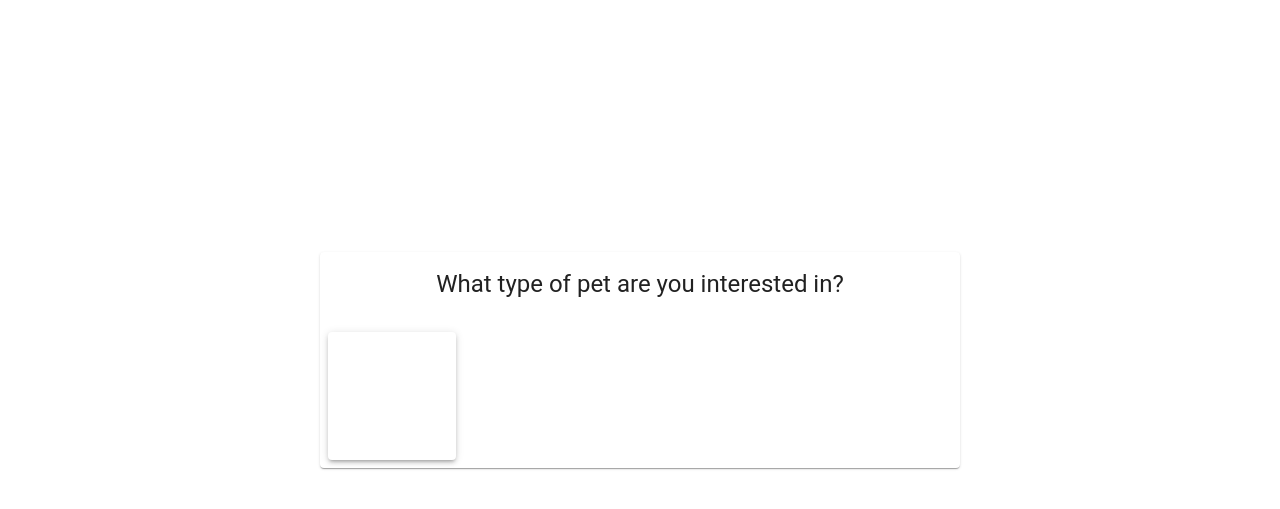
Repository: watthananick1/petstory
Page: /
The author's editor kept a copy of each file at every save. The page is drawn from the files as they stood at one save, then again after a run of saves.
The browser window is 1280 px wide. The pictures show the whole page.
The project was rebuilt for these pictures with package versions that can differ from the ones it lists, and the page was loaded fresh each time.

Above is the page before, as saved 2023-03-25 14:22:09.

After the next 2 saves:
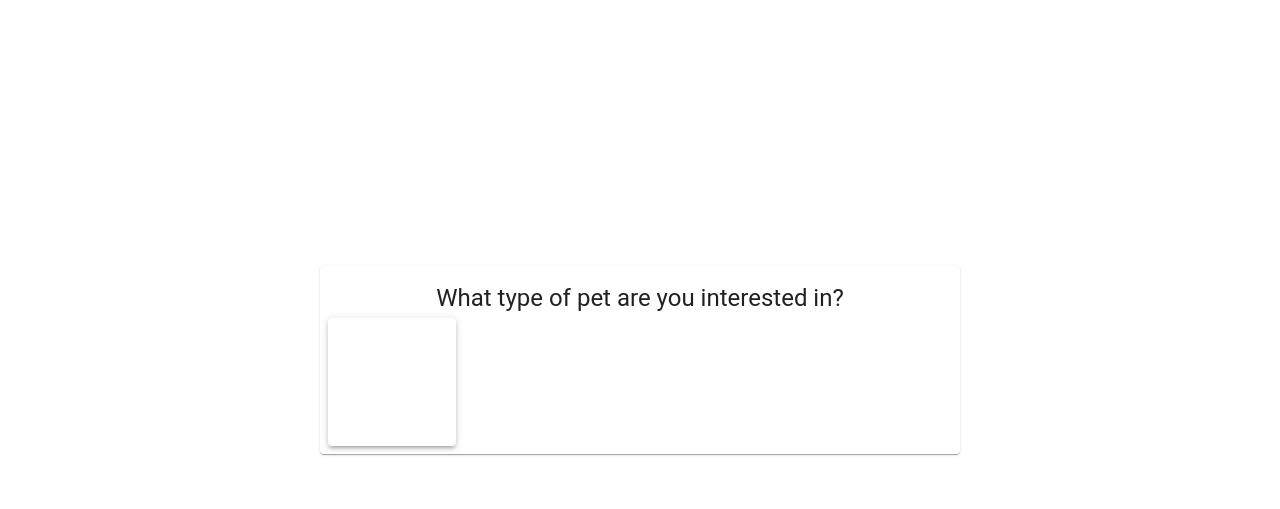
The 2 saves are shown as one change because they came seconds apart.
The last was saved 24 s later.
--- a/src/components/card-type-pet/card-type-pet.tsx
+++ b/src/components/card-type-pet/card-type-pet.tsx
@@ -92,7 +92,7 @@ export default function CardTypePet() {
         <div style={{ display: 'flex', alignItems: 'center', height: '100vh'}}>
             <Card sx={{ minWidth: '50%', margin: '0 auto' }}>
                 <CardContent>
-                    <Typography gutterBottom variant="h5" style={{alignItems: 'center', textAlign: 'center'}} component="div">
+                    <Typography gutterBottom variant="h5" style={{alignItems: 'center', textAlign: 'center', height: 3}} component="div">
                       What type of pet are you interested in?
                     </Typography >
                 </CardContent>
